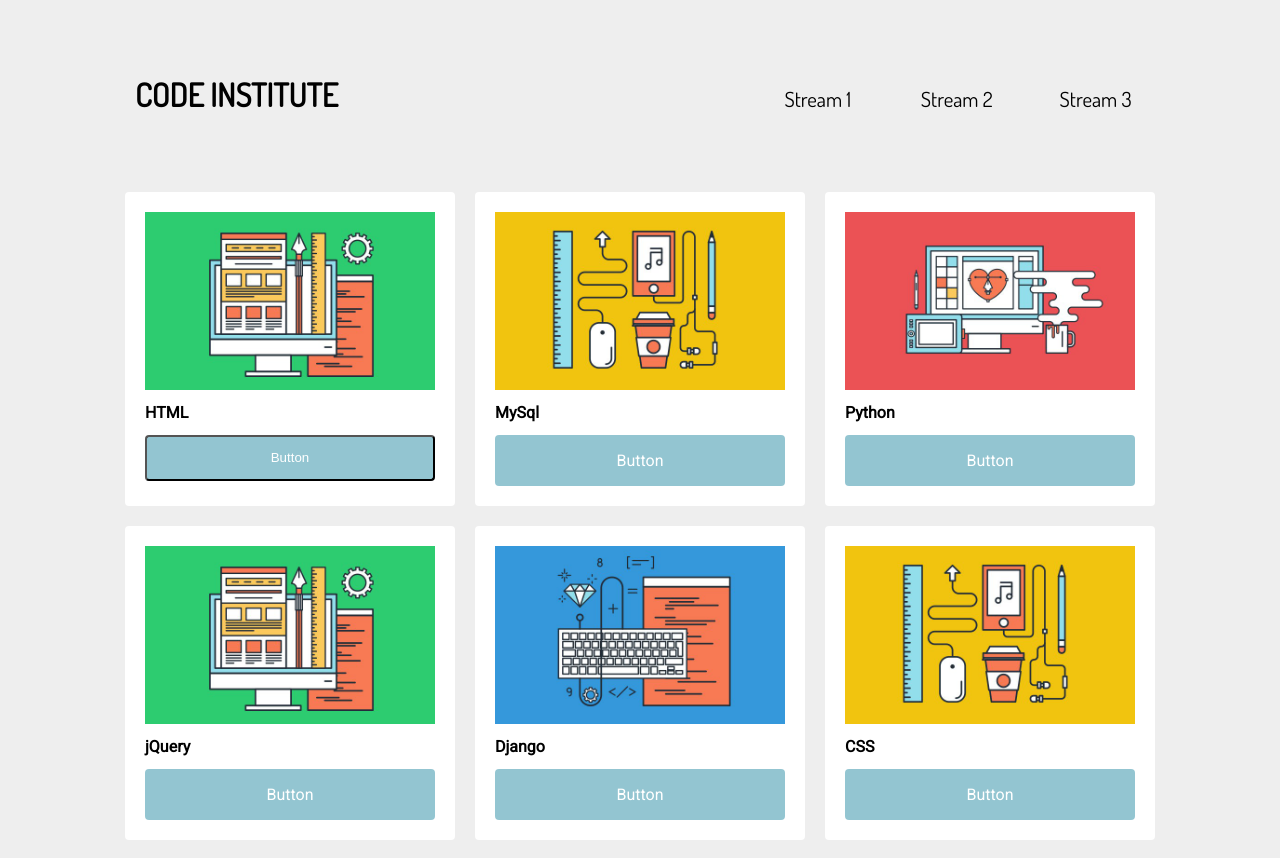
Repository: hidayatmansuri/jQueryEvents
Page: Cards-jquery.html
The author's editor kept a record of every edit. The page is drawn from the files as they stood at one moment, then again after the next edit.
The browser window is 1280 px wide. The pictures show the whole page.
Some web libraries are served in a nearby version.

Above is the page before.

### Cards-jquery.html
<!doctype html>
<html>
<head>
	<meta charset="utf-8" />
	<meta name="viewport" content="width=device-width, initial-scale=1">
	<title>jQuery</title>
	<link href="style.css" rel="stylesheet">
	<link href='https://fonts.googleapis.com/css?family=Roboto' rel='stylesheet' type='text/css'>
	<link href='https://fonts.googleapis.com/css?family=Dosis' rel='stylesheet' type='text/css'>
</head>
<body>
	<div id="container">
		<nav>
			<ul>
				<li id="logoNav">CODE INSTITUTE</li>
				<li id="stream1_btn">Stream 1</li>
				<li id="stream2_btn">Stream 2</li>
				<li id="stream3_btn">Stream 3</li>
			</ul>
		</nav>
		<div class="card stream1">
			<img class="card_image"src="img/3.png">
			<div class="card_bottom">
				<h2 id="hr_html"class="card_head" >HTML</h2>
				<p class="card_para">Once you join a Code Institute Bootcamp you will be taken on an accelerated contextualised learning path across 3 streams. Nothing is learned in isolation.We contextualise the content so that the knowledge and skills gained in each learning unit feeds into, and is expanded upon, within the next unit.The outputs of each stream will be a project.
				</p>
				<button class="bottom_button">Button</button>
			</div>
		</div>
		<div class="card stream3">
			<img class="card_image "src="img/1.png">
			<h2  id="hr_mysql"class="card_head">MySql</h2>
			<p class="card_para">If you have questions about your career in coding or simply want to meet the Code Institute team, then come along to our next Careers Open Evening in Dublin</p>
			<a href="" class="bottom_button">Button</a>
		</div>

		<div class="card stream2">
			<img class="card_image "src="img/2.png">
			<h2 id="hr_python" class="card_head">Python</h2>
			<p class="card_para">If you have questions about your career in coding or simply want to meet the Code Institute team, then come along to our next Careers Open Evening in Dublin</p>
			<a href="" class="bottom_button">Button</a>
		</div>
		<div class="card stream1">
			<img class="card_image"src="img/3.png">
			<div class="card_bottom">
				<h2 id="hr_jquery" class="card_head">jQuery</h2>
				<p class="card_para">Once you join a Code Institute Bootcamp you will be taken on an accelerated contextualised learning path across 3 streams. Nothing is learned in isolation.We contextualise the content so that the knowledge and skills gained in each learning unit feeds into, and is expanded upon, within the next unit.The outputs of each stream will be a project. </p>
				<a href="" class="bottom_button">Button</a>
			</div>
		</div>
		<div class="card stream3">
			<img class="card_image"src="img/4.png">
			<h2 id="hr_django" class="card_head">Django</h2>
			<p class="card_para">The syllabus has been developed to help you transform your career. The summarised syllabus, below, provides you with a snapshop of what skills you will come away with. Feel free to contact us for more detail on what you will learn.</p>
			<a href="" class="bottom_button">Button</a>
		</div>
		<div class="card stream1">
			<img class="card_image"src="img/1.png">
			<h2 id="hr_css"class="card_head">CSS</h2>
			<p class="card_para">The syllabus has been developed to help you transform your career. The summarised syllabus, below, provides you with a snapshop of what skills you will come away with. Feel free to contact us for more detail on what you will learn.</p>
			<a href="" class="bottom_button">Button</a>
		</div>
		<div id="my_footer">
			<p id="copyright">Copyright Infomation</p>
		</div>
	</div>
	<script
	src="https://code.jquery.com/jquery-3.2.1.js"
	integrity="sha256-DZAnKJ/6XZ9si04Hgrsxu/8s717jcIzLy3oi35EouyE="
	crossorigin="anonymous"></script>

	<script src="script.js"></script> <!-- Scripts located at the bottom of the body to insure page is fully loaded before execution -->

</body>
</html>

### style.css
body{
	font-family: 'Roboto', sans-serif;
 	background-color: #eee;
}

h1{
	font-size: 3em;
	text-align: center;
}
h2{
	font-size: 1em;
	text-align: left;
}
p{
	font-size: .9rem;
	display: none;
}
p.text{
	background-color: red;
}

div{
	border-radius: 4px;
}

.card_image{
	width: 100%;
}
.bottom_button{
	display: flex;/*creates flex item*/
	box-sizing:border-box;
	border-radius: 4px;
	display: block;
	width: 100%;
	background-color:rgba(129, 187, 201,.85);
	text-align: center;
	padding: 1em .75em;
	text-decoration: none;
	color: #fff;

}

.makeRed {
	background-color: red;
}

.makeBorder {
	border: solid 2px black;
}

.card_bottom{
	display: flex;
	flex-flow:column;/*sets flex direction*/
}
.card_head{
	flex:0;
}
.card_para{
	flex:1 0 auto;
}

#container
{
	display: flex;		/* makes container a flexbox*/
	flex-flow: row wrap; 	/* layout the boxes in rows and wrap them*/
	box-sizing:border-box;
	margin-right:auto;
	margin-left:auto;
	max-width:1050px;
}
#logo{
	width: 800px;
	margin: auto;
}

.card{
	flex:1; /* equal width to cards applied*/
	display: flex;	/* make the contents controllable by flexbox*/
	flex-flow:column;	/* */
	min-width: 240px; /**/
	margin: 10px;
	padding: 20px;
	background-color: #fff;
}
/*adds colour red to paragraphs when called by jquery function*/
.highlight_text{
	background-color: #EB5255;
}

.highlight {
	background-color: pink;
}


/*adds colour lightblue to h2 background when called by jquery function*/
.h2_color{
	background-color: lightblue;

}
/*increases font-size of  h2 when called by jquery function*/
.h2_font_size{
	font-size: 2em;
}


#my_footer{
	width:100%;
	text-align: center;
}
#copyright{
	margin-top:10px;
	margin-bottom:10px;

}

/*************************
Navigation

**************************/

nav{
	font-family: roboto;
	background-color: #eee;
	margin: 30px auto;
	width: 100%;
}
ul{
	display: flex;/*assigns as a flex container*/
	justify-content:space-between;
	flex-flow: row;/*direction of flex*/
	align-items:baseline;
	border-radius: 10px;
	list-style-type: none; /*Remove Bullets*/
	padding: 0;
}
li{
	flex:1;/*sets equal width to flex items*/
	height: 30px;
	font-family: Dosis;
	padding:20px 20px 20px 20px;
	text-align: center;
	font-size: 1.3em;
}

#logoNav{
	flex:6;
	text-align: left;
	font-size: 2em;
	font-weight: bold;
}

.underline{
  text-decoration:underline;
}
.border{
  border: solid 5px #ccc;
}

/*for desktop layout*/
@media screen and (max-width: 700px){
	ul{
		flex-flow: column;
		align-items:center;
	}
	li{
		font-size: 2em;
	}
}

Loaded but not shown: script.js (no copy from this time; the picture is the same without it)

After the next edit:
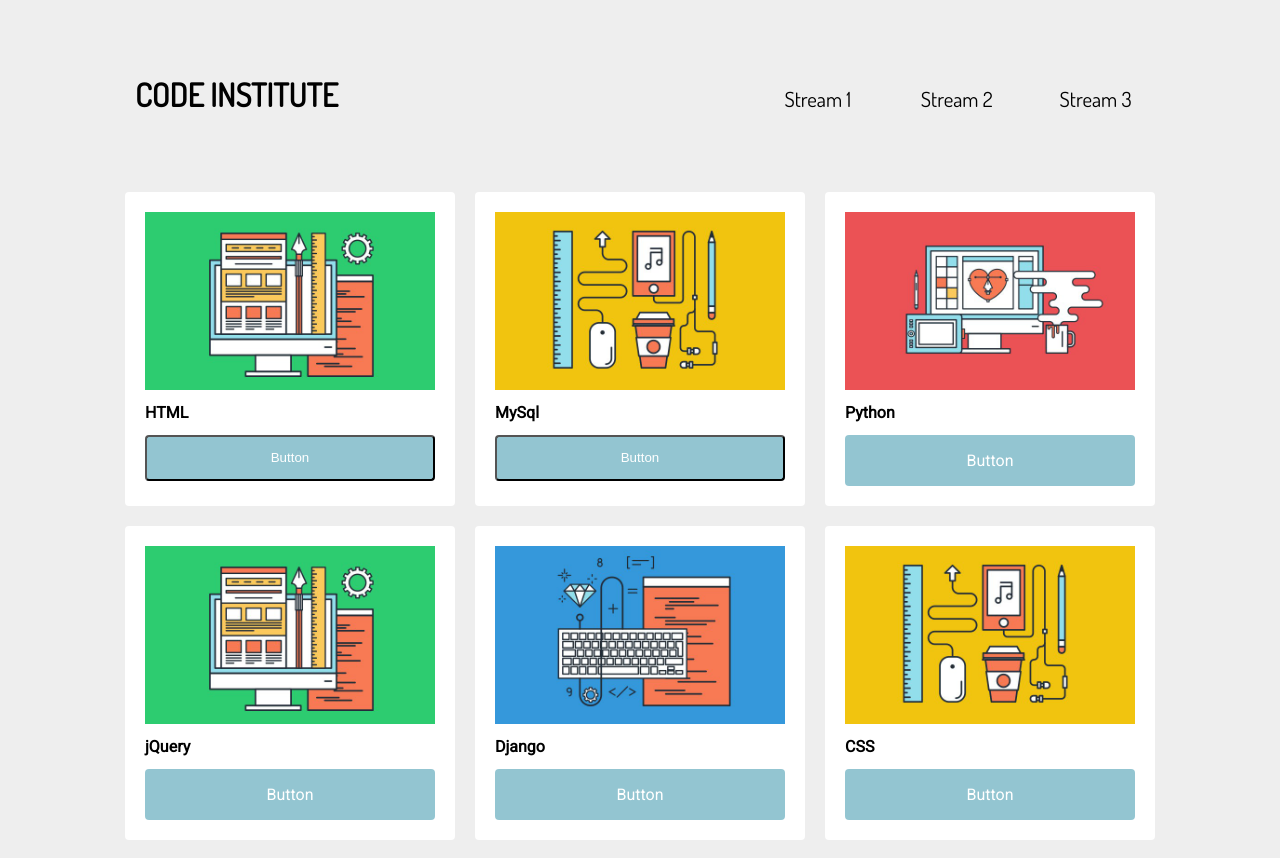
The edit:
--- a/Cards-jquery.html
+++ b/Cards-jquery.html
@@ -31,7 +31,7 @@
 			<img class="card_image "src="img/1.png">
 			<h2  id="hr_mysql"class="card_head">MySql</h2>
 			<p class="card_para">If you have questions about your career in coding or simply want to meet the Code Institute team, then come along to our next Careers Open Evening in Dublin</p>
-			<a href="" class="bottom_button">Button</a>
+			<button class="bottom_button">Button</button>
 		</div>
 
 		<div class="card stream2">
